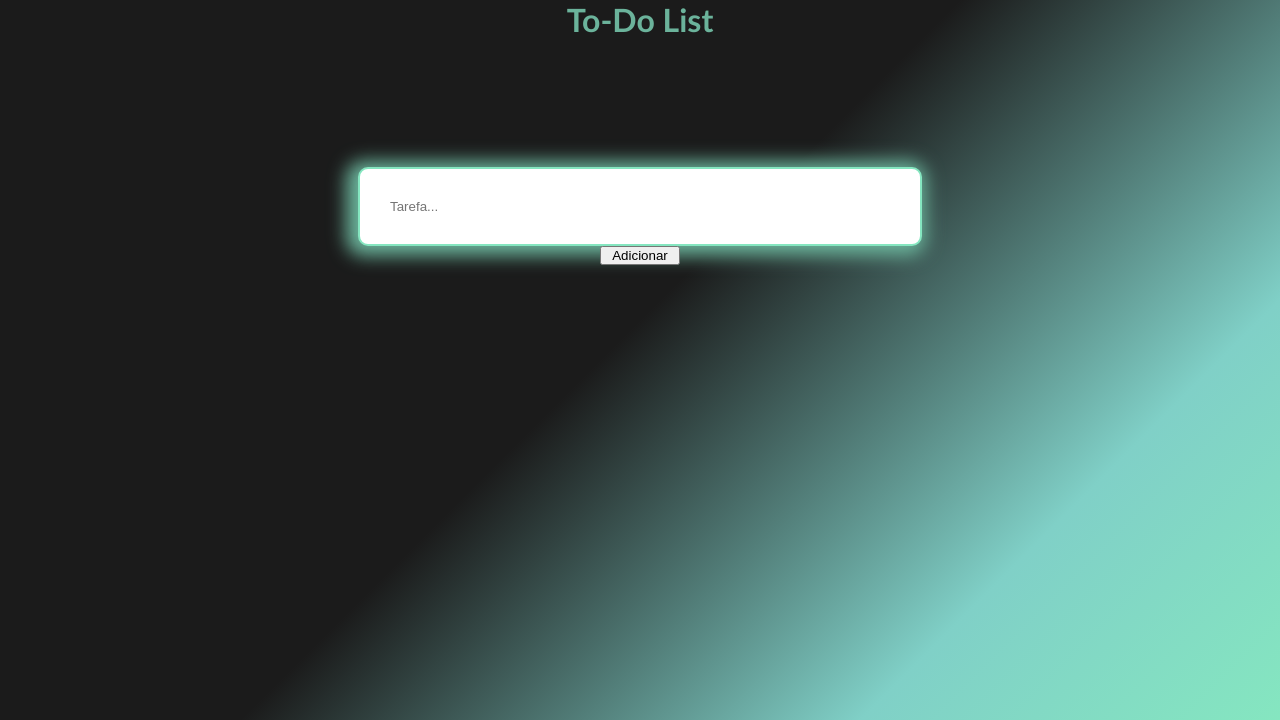
Repository: PetersonAntonyDev/python-flask-
Page: index.html
An editor plug-in stored every save of this project. The page is shown before and after the next save, followed by the edit.
The browser window is 1280 px wide. The pictures show the whole page.

Above is the page before, as saved 2022-07-26 10:35:36.

After the next save:
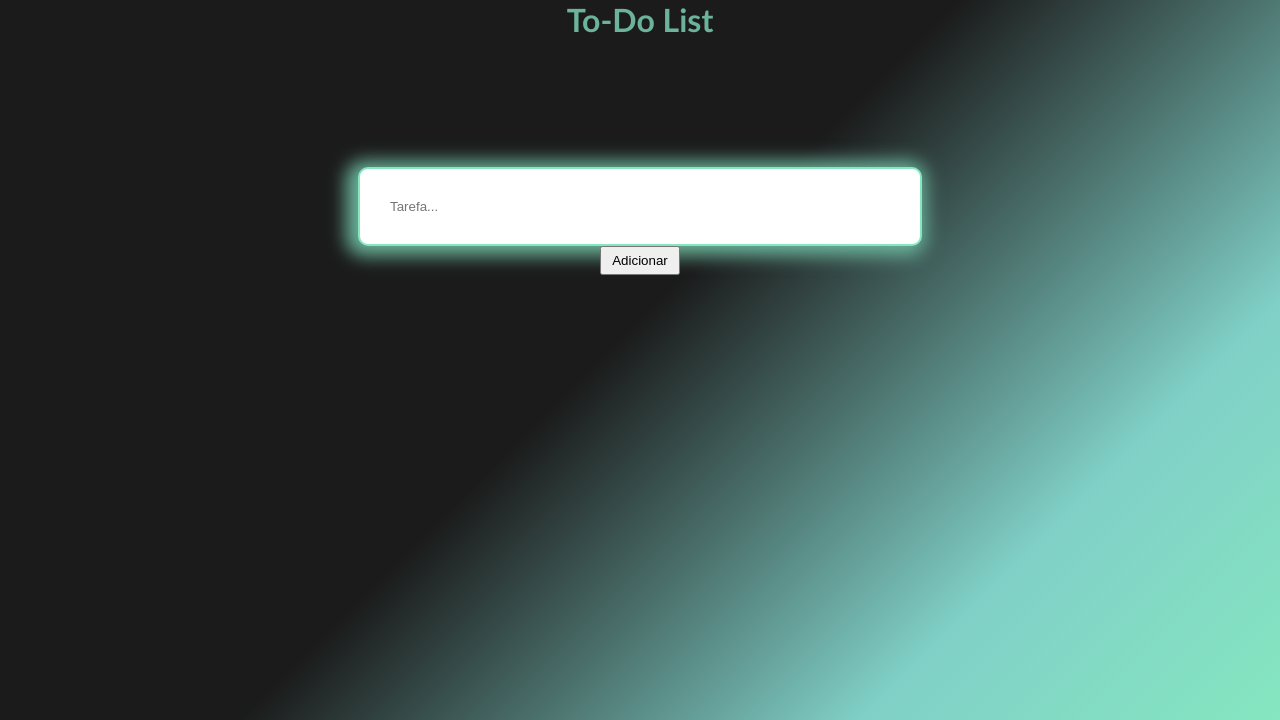
Saved 7 s later.
--- a/style.css
+++ b/style.css
@@ -39,5 +39,5 @@ form {
 }
 
 button {
-    padding: 0 10px;
+    padding: 5px 10px;
 }
